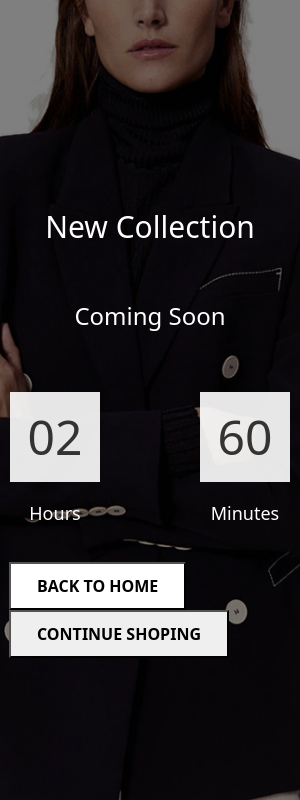
Repository: ST-United-Internship/Modaz-4life
Page: comingsoon&FAQ/coming-soon.html
An editor plug-in stored every save of this project. The page is shown before and after a run of saves, followed by the edit.
The browser window is 300 px wide. The pictures show the whole page.

Above is the page before, as saved 2023-03-22 09:46:32.

After the next 3 saves:
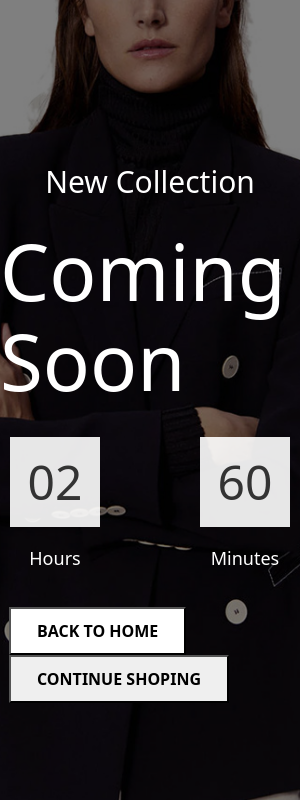
The 3 saves are shown as one change because they came seconds apart.
The last was saved 53 s later.
--- a/comingsoon&FAQ/css/comming-soon.css
+++ b/comingsoon&FAQ/css/comming-soon.css
@@ -91,7 +91,9 @@
      .my-container header{
         font-size: 30px;
     }
-    .my-container p{
-        font-size: 24px;
-    }
+
 }
+
+@media screen {
+
+}
